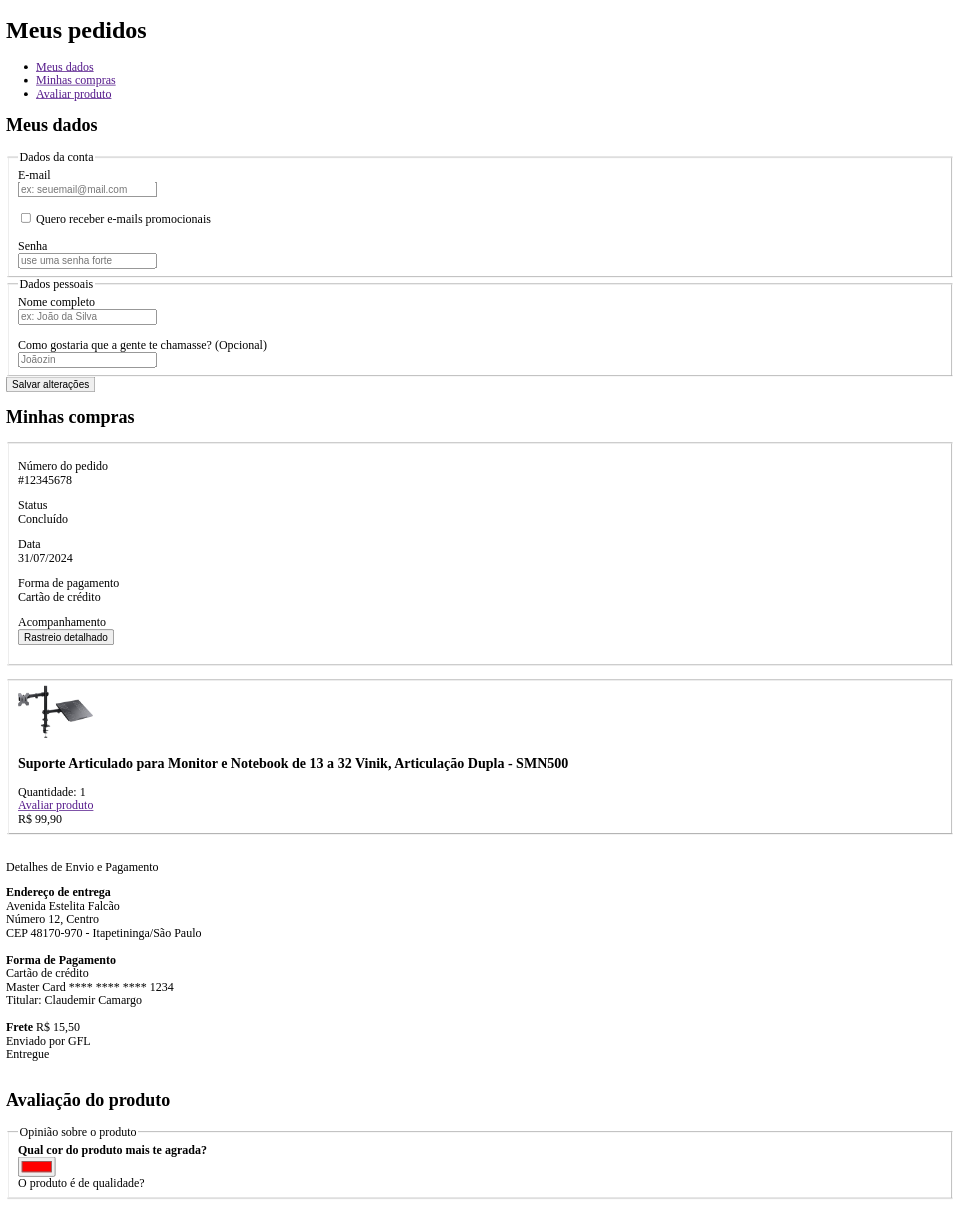
Repository: claudemir-camargo/site-compras
Page: index.html
These files come from the project's save history. The page is drawn as it stood at one moment and after the next save; the edit follows.
The browser window is 1280 px wide. The pictures show the whole page, at 75% of full size.

Above is the page before, as saved 2024-03-03 22:42:37.

### index.html
<!DOCTYPE html>
<html lang="en">

<head>
    <meta charset="UTF-8">
    <meta name="viewport" content="width=device-width, initial-scale=1.0">
    <link rel="stylesheet" type="text/css" href="css/style.css" />
    <title>Site de Compras</title>
</head>

<body>
    <h1>Meus pedidos</h1>
    <ul>
        <li><a href="">Meus dados</a></li>
        <li><a href="">Minhas compras</a></li>
        <li><a href="">Avaliar produto</a></li>
    </ul>
    <h2>Meus dados</h2>
    <!-- Conta -->
    <fieldset>
        <legend>Dados da conta</legend>
        <form>
            <label>E-mail</label><br>
            <input type="email" id="email" name="email" placeholder="ex: seuemail@mail.com"><br><br>
            <input type="checkbox">
            <label>Quero receber e-mails promocionais</label><br><br>
            <label>Senha</label><br>
            <input type="password" placeholder="use uma senha forte">
        </form>
    </fieldset>
    <!-- Pessoais -->
    <fieldset>
        <legend>Dados pessoais</legend>
        <form>
            <label>Nome completo</label><br>
            <input type="text" placeholder="ex: João da Silva"><br><br>
            <label>Como gostaria que a gente te chamasse? (Opcional) </label><br>
            <input type="text" placeholder="Joãozin">
        </form>
    </fieldset>
    <button type="button">Salvar alterações</button>
    <!-- Minhas compras -->
    <h2>Minhas compras</h2>
    <fieldset>
        <p>Número do pedido<br>#12345678</p>
        <p>Status<br>Concluído</p>
        <p>Data<br>31/07/2024</p>
        <p>Forma de pagamento<br>Cartão de crédito</p>
        <p>Acompanhamento<br><button>Rastreio detalhado</button></p>
    </fieldset>
    <!-- Produto -->
    <br>
    <fieldset>
        <img src="img/suporte.jpg" alt="Suporte">
        <h3>
            <p>Suporte Articulado para Monitor e Notebook de 13 a 32 Vinik,
                Articulação Dupla - SMN500</p>
        </h3>
        Quantidade: 1<br>
        <a href="">Avaliar produto</a><br>
        R$ 99,90
    </fieldset>
    <br>
    <p>Detalhes de Envio e Pagamento</p>
    <strong>Endereço de entrega</strong><br>
    Avenida Estelita Falcão<br>
    Número 12, Centro<br>
    CEP 48170-970 - Itapetininga/São Paulo
    <br><br>
    <strong>Forma de Pagamento</strong><br>
    Cartão de crédito<br>
    Master Card **** **** **** 1234<br>
    Titular: Claudemir Camargo
    <br><br>
    <strong>Frete</strong>
    R$ 15,50<br>
    Enviado por GFL<br>
    Entregue
    <br><br>
    <h2>Avaliação do produto</h2>
    <fieldset>
        <legend>Opinião sobre o produto</legend>
        <form>
            <label><strong>Qual cor do produto mais te agrada?</strong></label><br>
            <input type="color" value="#ff0000"><br>
            <label>O produto é de qualidade?</label>
        </form>


    </fieldset>



</body>

</html>

### css/style.css
img {
    height: 70px;
    width: 100px;
}

After the next save:
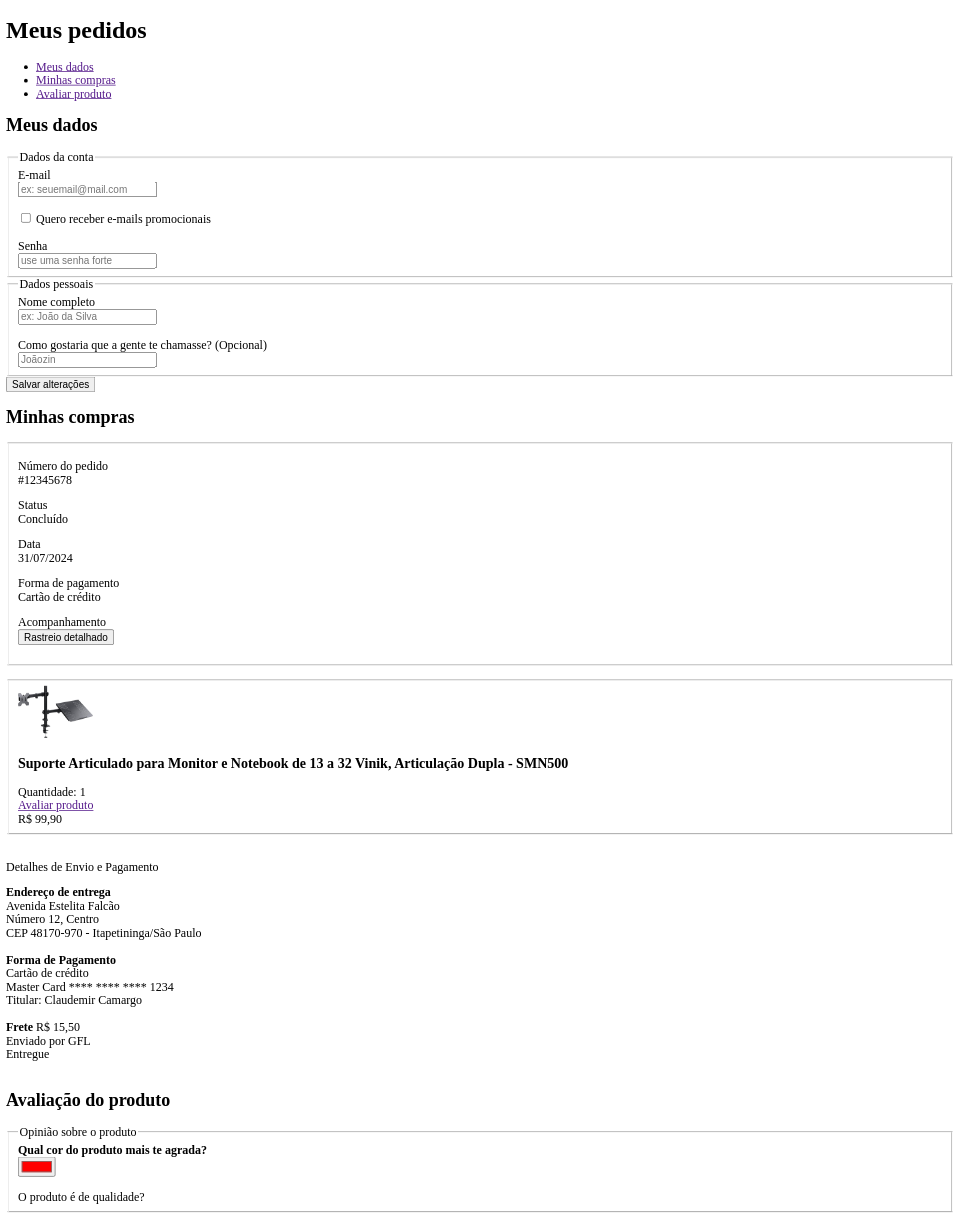
Saved 9 s later.
--- a/index.html
+++ b/index.html
@@ -82,7 +82,7 @@
         <legend>Opinião sobre o produto</legend>
         <form>
             <label><strong>Qual cor do produto mais te agrada?</strong></label><br>
-            <input type="color" value="#ff0000"><br>
+            <input type="color" value="#ff0000"><br><br>
             <label>O produto é de qualidade?</label>
         </form>
 
